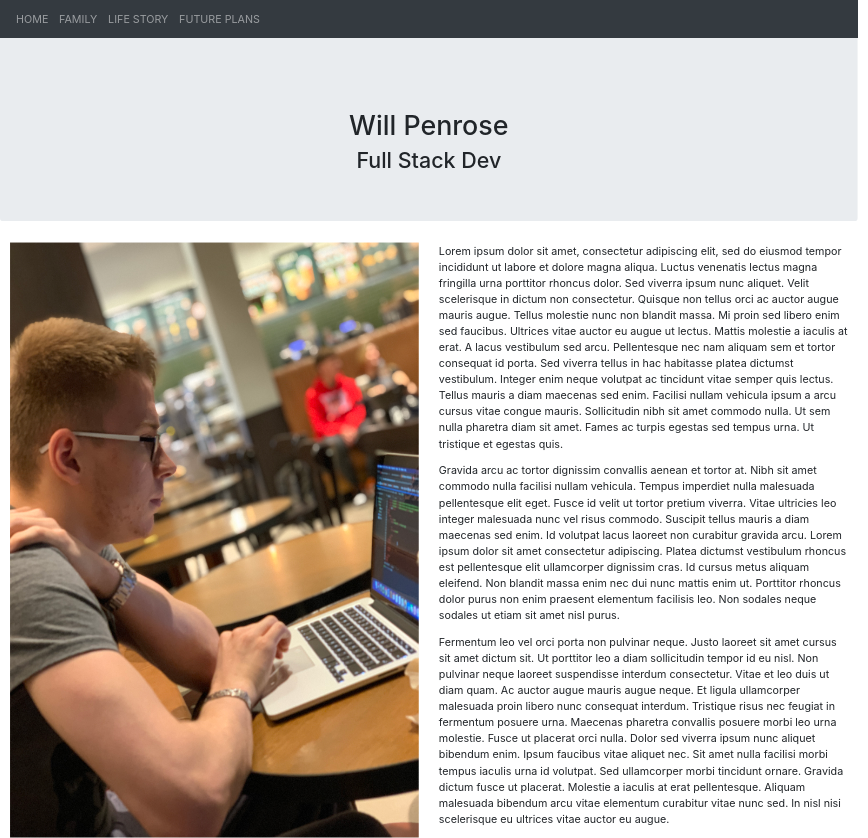
Repository: Code-Institute-Submissions/user-centric-frontend-dev-milestone-project
Page: index.html
The author's editor kept a record of every edit. The page is drawn from the files as they stood at one moment, then again after the next edit.
The browser window is 1280 px wide. The page is 1280 px wide, then 1295 px, then 1280 px, so the pictures cover 1295 px, including what lies to the right of the window. The pictures show the whole page, at 67% of full size.

Above is the page before.

### index.html
<!DOCTYPE html>
<html lang="en">

<head>
    <meta charset="UTF-8">
    <meta name="viewport" content="width=device-width, initial-scale=1.0">
    <meta http-equiv="X-UA-Compatible" content="ie=edge">
    <link rel="stylesheet" href="assets/css/style.css" type="text/css" />
    <link rel="stylesheet" href="https://stackpath.bootstrapcdn.com/font-awesome/4.7.0/css/font-awesome.min.css" type="text/css" />
    <link rel="stylesheet" href="https://stackpath.bootstrapcdn.com/bootstrap/4.3.1/css/bootstrap.min.css" type="text/css" />
    <title>Will Penrose Autobiography</title>
</head>

<body>
    <header>
        <!--------------------------------------NAVBAR----------------------------->

        <nav class="navbar navbar-expand-sm bg-dark navbar-dark fixed-top text-uppercase">
            <button class="navbar-toggler" data-toggle="collapse" data-target="#collapse_target">
                <span class="navbar-toggler-icon"></span>
            </button>
            <div class="collapse navbar-collapse" id="collapse_target">
                <ul class="navbar-nav">
                    <li class="nav-item">
                        <a class="nav-link" href="#">Home</a>
                    </li>
                    <li class="nav-item">
                        <a class="nav-link" href="#">Family</a>
                    </li>
                    <li class="nav-item">
                        <a class="nav-link" href="#">Life Story</a>
                    </li>
                    <li class="nav-item">
                        <a class="nav-link" href="#">Future Plans</a>
                    </li>
                </ul>
            </div>
        </nav>
        <!--------------------------------------JUMBOTRON----------------------------->
        <div class="container-fluid">
            <div class="row jumbotron">
                <div class="col-12 heading">
                    <h1 class="name">Will Penrose</h1>
                    <h2 class="title">Full Stack Dev</h2>
                </div>
            </div>
        </div>
    </header>

    <!--------------------------------------MAIN IMAGE AND PARAGRAPHS----------------------------->

    <section>
        <div class="container-fluid">
            <div class="row">
                <div class="col-sm-12 col-md-12 col-lg-6">
                    <img src="assets/images/will.jpg" class="image"></img>
                </div>

            <div class="col-sm-12 col-md-12 col-lg-6 home-paragraphs">
                <p>
                    Lorem ipsum dolor sit amet, consectetur adipiscing elit, sed do eiusmod tempor incididunt ut labore et dolore magna aliqua. Luctus venenatis lectus magna fringilla urna porttitor rhoncus dolor. Sed viverra ipsum nunc aliquet. Velit scelerisque in dictum
                    non consectetur. Quisque non tellus orci ac auctor augue mauris augue. Tellus molestie nunc non blandit massa. Mi proin sed libero enim sed faucibus. Ultrices vitae auctor eu augue ut lectus. Mattis molestie a iaculis at erat. A lacus
                    vestibulum sed arcu. Pellentesque nec nam aliquam sem et tortor consequat id porta. Sed viverra tellus in hac habitasse platea dictumst vestibulum. Integer enim neque volutpat ac tincidunt vitae semper quis lectus. Tellus mauris a
                    diam maecenas sed enim. Facilisi nullam vehicula ipsum a arcu cursus vitae congue mauris. Sollicitudin nibh sit amet commodo nulla. Ut sem nulla pharetra diam sit amet. Fames ac turpis egestas sed tempus urna. Ut tristique et egestas
                    quis.
                </p>
                <p>
                    Gravida arcu ac tortor dignissim convallis aenean et tortor at. Nibh sit amet commodo nulla facilisi nullam vehicula. Tempus imperdiet nulla malesuada pellentesque elit eget. Fusce id velit ut tortor pretium viverra. Vitae ultricies leo integer malesuada
                    nunc vel risus commodo. Suscipit tellus mauris a diam maecenas sed enim. Id volutpat lacus laoreet non curabitur gravida arcu. Lorem ipsum dolor sit amet consectetur adipiscing. Platea dictumst vestibulum rhoncus est pellentesque elit
                    ullamcorper dignissim cras. Id cursus metus aliquam eleifend. Non blandit massa enim nec dui nunc mattis enim ut. Porttitor rhoncus dolor purus non enim praesent elementum facilisis leo. Non sodales neque sodales ut etiam sit amet
                    nisl purus.
                </p>
                <p>
                    Fermentum leo vel orci porta non pulvinar neque. Justo laoreet sit amet cursus sit amet dictum sit. Ut porttitor leo a diam sollicitudin tempor id eu nisl. Non pulvinar neque laoreet suspendisse interdum consectetur. Vitae et leo duis ut diam quam. Ac
                    auctor augue mauris augue neque. Et ligula ullamcorper malesuada proin libero nunc consequat interdum. Tristique risus nec feugiat in fermentum posuere urna. Maecenas pharetra convallis posuere morbi leo urna molestie. Fusce ut placerat
                    orci nulla. Dolor sed viverra ipsum nunc aliquet bibendum enim. Ipsum faucibus vitae aliquet nec. Sit amet nulla facilisi morbi tempus iaculis urna id volutpat. Sed ullamcorper morbi tincidunt ornare. Gravida dictum fusce ut placerat.
                    Molestie a iaculis at erat pellentesque. Aliquam malesuada bibendum arcu vitae elementum curabitur vitae nunc sed. In nisl nisi scelerisque eu ultrices vitae auctor eu augue.
                </p>
            </div>
        </div>
    </section>

    <footer>

    </footer>
</body>

</html>

### assets/css/style.css

/*---------------------------Heading*/
.heading {
    text-align: center;
    margin: 0;
    padding-top: 100px;
}

img {
    width: 100%;
    height: 100%;
}

/*----------------------Text*/

.home-paragraphs {
    position: absolute;
}

/*----------------------Media Quires*/

After the next edit:
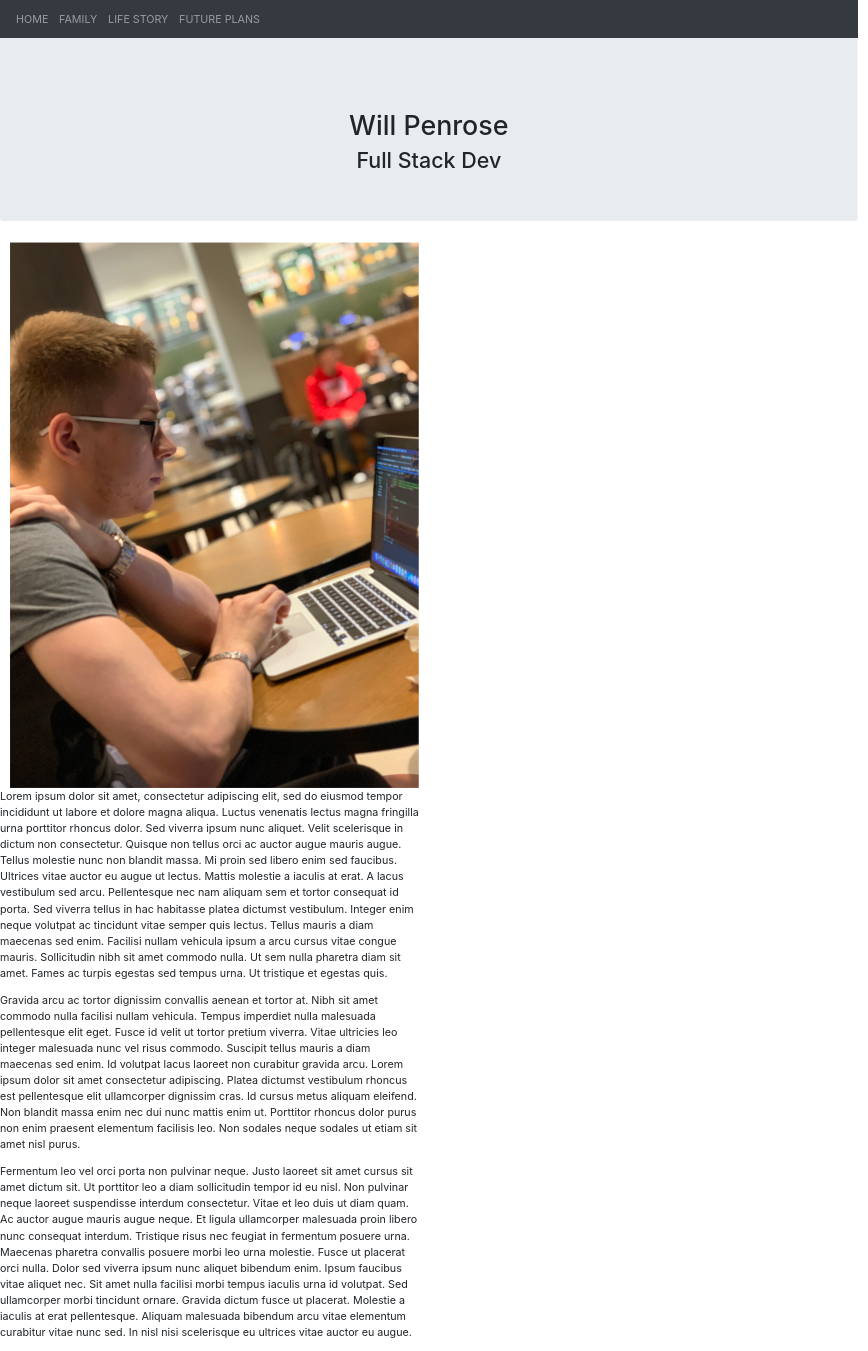
The edit:
--- a/index.html
+++ b/index.html
@@ -55,27 +55,28 @@
                 <div class="col-sm-12 col-md-12 col-lg-6">
                     <img src="assets/images/will.jpg" class="image"></img>
                 </div>
-
-            <div class="col-sm-12 col-md-12 col-lg-6 home-paragraphs">
-                <p>
-                    Lorem ipsum dolor sit amet, consectetur adipiscing elit, sed do eiusmod tempor incididunt ut labore et dolore magna aliqua. Luctus venenatis lectus magna fringilla urna porttitor rhoncus dolor. Sed viverra ipsum nunc aliquet. Velit scelerisque in dictum
-                    non consectetur. Quisque non tellus orci ac auctor augue mauris augue. Tellus molestie nunc non blandit massa. Mi proin sed libero enim sed faucibus. Ultrices vitae auctor eu augue ut lectus. Mattis molestie a iaculis at erat. A lacus
-                    vestibulum sed arcu. Pellentesque nec nam aliquam sem et tortor consequat id porta. Sed viverra tellus in hac habitasse platea dictumst vestibulum. Integer enim neque volutpat ac tincidunt vitae semper quis lectus. Tellus mauris a
-                    diam maecenas sed enim. Facilisi nullam vehicula ipsum a arcu cursus vitae congue mauris. Sollicitudin nibh sit amet commodo nulla. Ut sem nulla pharetra diam sit amet. Fames ac turpis egestas sed tempus urna. Ut tristique et egestas
-                    quis.
-                </p>
-                <p>
-                    Gravida arcu ac tortor dignissim convallis aenean et tortor at. Nibh sit amet commodo nulla facilisi nullam vehicula. Tempus imperdiet nulla malesuada pellentesque elit eget. Fusce id velit ut tortor pretium viverra. Vitae ultricies leo integer malesuada
-                    nunc vel risus commodo. Suscipit tellus mauris a diam maecenas sed enim. Id volutpat lacus laoreet non curabitur gravida arcu. Lorem ipsum dolor sit amet consectetur adipiscing. Platea dictumst vestibulum rhoncus est pellentesque elit
-                    ullamcorper dignissim cras. Id cursus metus aliquam eleifend. Non blandit massa enim nec dui nunc mattis enim ut. Porttitor rhoncus dolor purus non enim praesent elementum facilisis leo. Non sodales neque sodales ut etiam sit amet
-                    nisl purus.
-                </p>
-                <p>
-                    Fermentum leo vel orci porta non pulvinar neque. Justo laoreet sit amet cursus sit amet dictum sit. Ut porttitor leo a diam sollicitudin tempor id eu nisl. Non pulvinar neque laoreet suspendisse interdum consectetur. Vitae et leo duis ut diam quam. Ac
-                    auctor augue mauris augue neque. Et ligula ullamcorper malesuada proin libero nunc consequat interdum. Tristique risus nec feugiat in fermentum posuere urna. Maecenas pharetra convallis posuere morbi leo urna molestie. Fusce ut placerat
-                    orci nulla. Dolor sed viverra ipsum nunc aliquet bibendum enim. Ipsum faucibus vitae aliquet nec. Sit amet nulla facilisi morbi tempus iaculis urna id volutpat. Sed ullamcorper morbi tincidunt ornare. Gravida dictum fusce ut placerat.
-                    Molestie a iaculis at erat pellentesque. Aliquam malesuada bibendum arcu vitae elementum curabitur vitae nunc sed. In nisl nisi scelerisque eu ultrices vitae auctor eu augue.
-                </p>
+                <div class="row">
+                <div class="col-sm-12 col-md-12 col-lg-6 home-paragraphs">
+                    <p>
+                        Lorem ipsum dolor sit amet, consectetur adipiscing elit, sed do eiusmod tempor incididunt ut labore et dolore magna aliqua. Luctus venenatis lectus magna fringilla urna porttitor rhoncus dolor. Sed viverra ipsum nunc aliquet. Velit scelerisque in dictum
+                        non consectetur. Quisque non tellus orci ac auctor augue mauris augue. Tellus molestie nunc non blandit massa. Mi proin sed libero enim sed faucibus. Ultrices vitae auctor eu augue ut lectus. Mattis molestie a iaculis at erat. A lacus
+                        vestibulum sed arcu. Pellentesque nec nam aliquam sem et tortor consequat id porta. Sed viverra tellus in hac habitasse platea dictumst vestibulum. Integer enim neque volutpat ac tincidunt vitae semper quis lectus. Tellus mauris a
+                        diam maecenas sed enim. Facilisi nullam vehicula ipsum a arcu cursus vitae congue mauris. Sollicitudin nibh sit amet commodo nulla. Ut sem nulla pharetra diam sit amet. Fames ac turpis egestas sed tempus urna. Ut tristique et egestas
+                        quis.
+                    </p>
+                    <p>
+                        Gravida arcu ac tortor dignissim convallis aenean et tortor at. Nibh sit amet commodo nulla facilisi nullam vehicula. Tempus imperdiet nulla malesuada pellentesque elit eget. Fusce id velit ut tortor pretium viverra. Vitae ultricies leo integer malesuada
+                        nunc vel risus commodo. Suscipit tellus mauris a diam maecenas sed enim. Id volutpat lacus laoreet non curabitur gravida arcu. Lorem ipsum dolor sit amet consectetur adipiscing. Platea dictumst vestibulum rhoncus est pellentesque elit
+                        ullamcorper dignissim cras. Id cursus metus aliquam eleifend. Non blandit massa enim nec dui nunc mattis enim ut. Porttitor rhoncus dolor purus non enim praesent elementum facilisis leo. Non sodales neque sodales ut etiam sit amet
+                        nisl purus.
+                    </p>
+                    <p>
+                        Fermentum leo vel orci porta non pulvinar neque. Justo laoreet sit amet cursus sit amet dictum sit. Ut porttitor leo a diam sollicitudin tempor id eu nisl. Non pulvinar neque laoreet suspendisse interdum consectetur. Vitae et leo duis ut diam quam. Ac
+                        auctor augue mauris augue neque. Et ligula ullamcorper malesuada proin libero nunc consequat interdum. Tristique risus nec feugiat in fermentum posuere urna. Maecenas pharetra convallis posuere morbi leo urna molestie. Fusce ut placerat
+                        orci nulla. Dolor sed viverra ipsum nunc aliquet bibendum enim. Ipsum faucibus vitae aliquet nec. Sit amet nulla facilisi morbi tempus iaculis urna id volutpat. Sed ullamcorper morbi tincidunt ornare. Gravida dictum fusce ut placerat.
+                        Molestie a iaculis at erat pellentesque. Aliquam malesuada bibendum arcu vitae elementum curabitur vitae nunc sed. In nisl nisi scelerisque eu ultrices vitae auctor eu augue.
+                    </p>
+                </div>
             </div>
         </div>
     </section>

After the edit that followed:
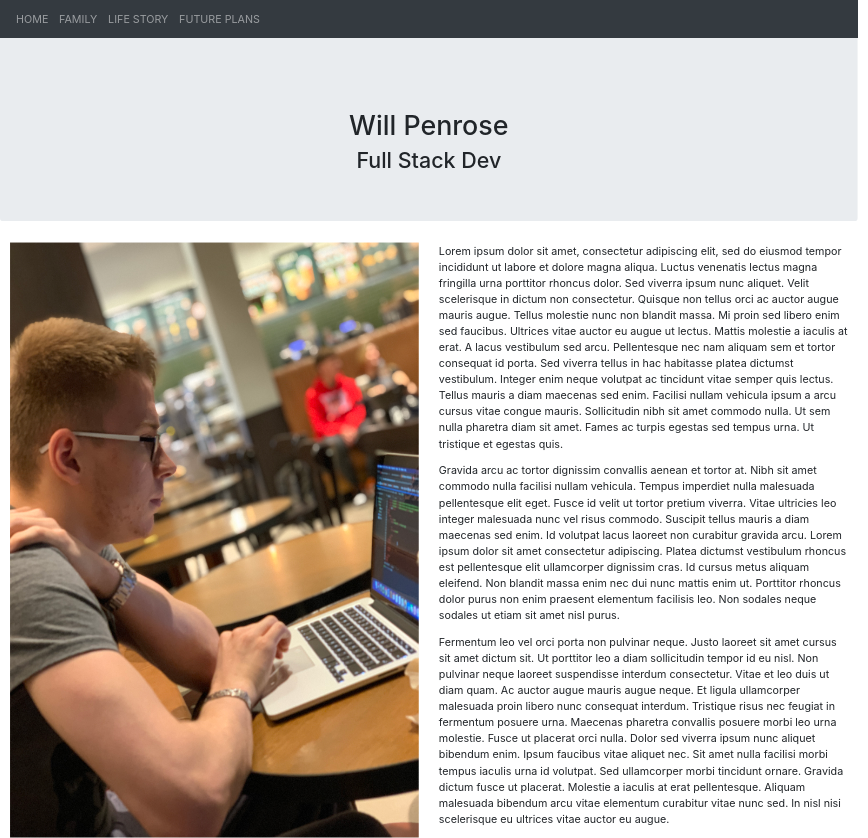
The edit:
--- a/index.html
+++ b/index.html
@@ -55,27 +55,27 @@
                 <div class="col-sm-12 col-md-12 col-lg-6">
                     <img src="assets/images/will.jpg" class="image"></img>
                 </div>
-                <div class="row">
-                <div class="col-sm-12 col-md-12 col-lg-6 home-paragraphs">
-                    <p>
-                        Lorem ipsum dolor sit amet, consectetur adipiscing elit, sed do eiusmod tempor incididunt ut labore et dolore magna aliqua. Luctus venenatis lectus magna fringilla urna porttitor rhoncus dolor. Sed viverra ipsum nunc aliquet. Velit scelerisque in dictum
-                        non consectetur. Quisque non tellus orci ac auctor augue mauris augue. Tellus molestie nunc non blandit massa. Mi proin sed libero enim sed faucibus. Ultrices vitae auctor eu augue ut lectus. Mattis molestie a iaculis at erat. A lacus
-                        vestibulum sed arcu. Pellentesque nec nam aliquam sem et tortor consequat id porta. Sed viverra tellus in hac habitasse platea dictumst vestibulum. Integer enim neque volutpat ac tincidunt vitae semper quis lectus. Tellus mauris a
-                        diam maecenas sed enim. Facilisi nullam vehicula ipsum a arcu cursus vitae congue mauris. Sollicitudin nibh sit amet commodo nulla. Ut sem nulla pharetra diam sit amet. Fames ac turpis egestas sed tempus urna. Ut tristique et egestas
-                        quis.
-                    </p>
-                    <p>
-                        Gravida arcu ac tortor dignissim convallis aenean et tortor at. Nibh sit amet commodo nulla facilisi nullam vehicula. Tempus imperdiet nulla malesuada pellentesque elit eget. Fusce id velit ut tortor pretium viverra. Vitae ultricies leo integer malesuada
-                        nunc vel risus commodo. Suscipit tellus mauris a diam maecenas sed enim. Id volutpat lacus laoreet non curabitur gravida arcu. Lorem ipsum dolor sit amet consectetur adipiscing. Platea dictumst vestibulum rhoncus est pellentesque elit
-                        ullamcorper dignissim cras. Id cursus metus aliquam eleifend. Non blandit massa enim nec dui nunc mattis enim ut. Porttitor rhoncus dolor purus non enim praesent elementum facilisis leo. Non sodales neque sodales ut etiam sit amet
-                        nisl purus.
-                    </p>
-                    <p>
-                        Fermentum leo vel orci porta non pulvinar neque. Justo laoreet sit amet cursus sit amet dictum sit. Ut porttitor leo a diam sollicitudin tempor id eu nisl. Non pulvinar neque laoreet suspendisse interdum consectetur. Vitae et leo duis ut diam quam. Ac
-                        auctor augue mauris augue neque. Et ligula ullamcorper malesuada proin libero nunc consequat interdum. Tristique risus nec feugiat in fermentum posuere urna. Maecenas pharetra convallis posuere morbi leo urna molestie. Fusce ut placerat
-                        orci nulla. Dolor sed viverra ipsum nunc aliquet bibendum enim. Ipsum faucibus vitae aliquet nec. Sit amet nulla facilisi morbi tempus iaculis urna id volutpat. Sed ullamcorper morbi tincidunt ornare. Gravida dictum fusce ut placerat.
-                        Molestie a iaculis at erat pellentesque. Aliquam malesuada bibendum arcu vitae elementum curabitur vitae nunc sed. In nisl nisi scelerisque eu ultrices vitae auctor eu augue.
-                    </p>
+                    <div class="col-sm-12 col-md-12 col-lg-6 home-paragraphs">
+                        <p>
+                            Lorem ipsum dolor sit amet, consectetur adipiscing elit, sed do eiusmod tempor incididunt ut labore et dolore magna aliqua. Luctus venenatis lectus magna fringilla urna porttitor rhoncus dolor. Sed viverra ipsum nunc aliquet. Velit scelerisque in dictum
+                            non consectetur. Quisque non tellus orci ac auctor augue mauris augue. Tellus molestie nunc non blandit massa. Mi proin sed libero enim sed faucibus. Ultrices vitae auctor eu augue ut lectus. Mattis molestie a iaculis at erat. A lacus
+                            vestibulum sed arcu. Pellentesque nec nam aliquam sem et tortor consequat id porta. Sed viverra tellus in hac habitasse platea dictumst vestibulum. Integer enim neque volutpat ac tincidunt vitae semper quis lectus. Tellus mauris a
+                            diam maecenas sed enim. Facilisi nullam vehicula ipsum a arcu cursus vitae congue mauris. Sollicitudin nibh sit amet commodo nulla. Ut sem nulla pharetra diam sit amet. Fames ac turpis egestas sed tempus urna. Ut tristique et egestas
+                            quis.
+                        </p>
+                        <p>
+                            Gravida arcu ac tortor dignissim convallis aenean et tortor at. Nibh sit amet commodo nulla facilisi nullam vehicula. Tempus imperdiet nulla malesuada pellentesque elit eget. Fusce id velit ut tortor pretium viverra. Vitae ultricies leo integer malesuada
+                            nunc vel risus commodo. Suscipit tellus mauris a diam maecenas sed enim. Id volutpat lacus laoreet non curabitur gravida arcu. Lorem ipsum dolor sit amet consectetur adipiscing. Platea dictumst vestibulum rhoncus est pellentesque elit
+                            ullamcorper dignissim cras. Id cursus metus aliquam eleifend. Non blandit massa enim nec dui nunc mattis enim ut. Porttitor rhoncus dolor purus non enim praesent elementum facilisis leo. Non sodales neque sodales ut etiam sit amet
+                            nisl purus.
+                        </p>
+                        <p>
+                            Fermentum leo vel orci porta non pulvinar neque. Justo laoreet sit amet cursus sit amet dictum sit. Ut porttitor leo a diam sollicitudin tempor id eu nisl. Non pulvinar neque laoreet suspendisse interdum consectetur. Vitae et leo duis ut diam quam. Ac
+                            auctor augue mauris augue neque. Et ligula ullamcorper malesuada proin libero nunc consequat interdum. Tristique risus nec feugiat in fermentum posuere urna. Maecenas pharetra convallis posuere morbi leo urna molestie. Fusce ut placerat
+                            orci nulla. Dolor sed viverra ipsum nunc aliquet bibendum enim. Ipsum faucibus vitae aliquet nec. Sit amet nulla facilisi morbi tempus iaculis urna id volutpat. Sed ullamcorper morbi tincidunt ornare. Gravida dictum fusce ut placerat.
+                            Molestie a iaculis at erat pellentesque. Aliquam malesuada bibendum arcu vitae elementum curabitur vitae nunc sed. In nisl nisi scelerisque eu ultrices vitae auctor eu augue.
+                        </p>
+                    </div>
                 </div>
             </div>
         </div>
